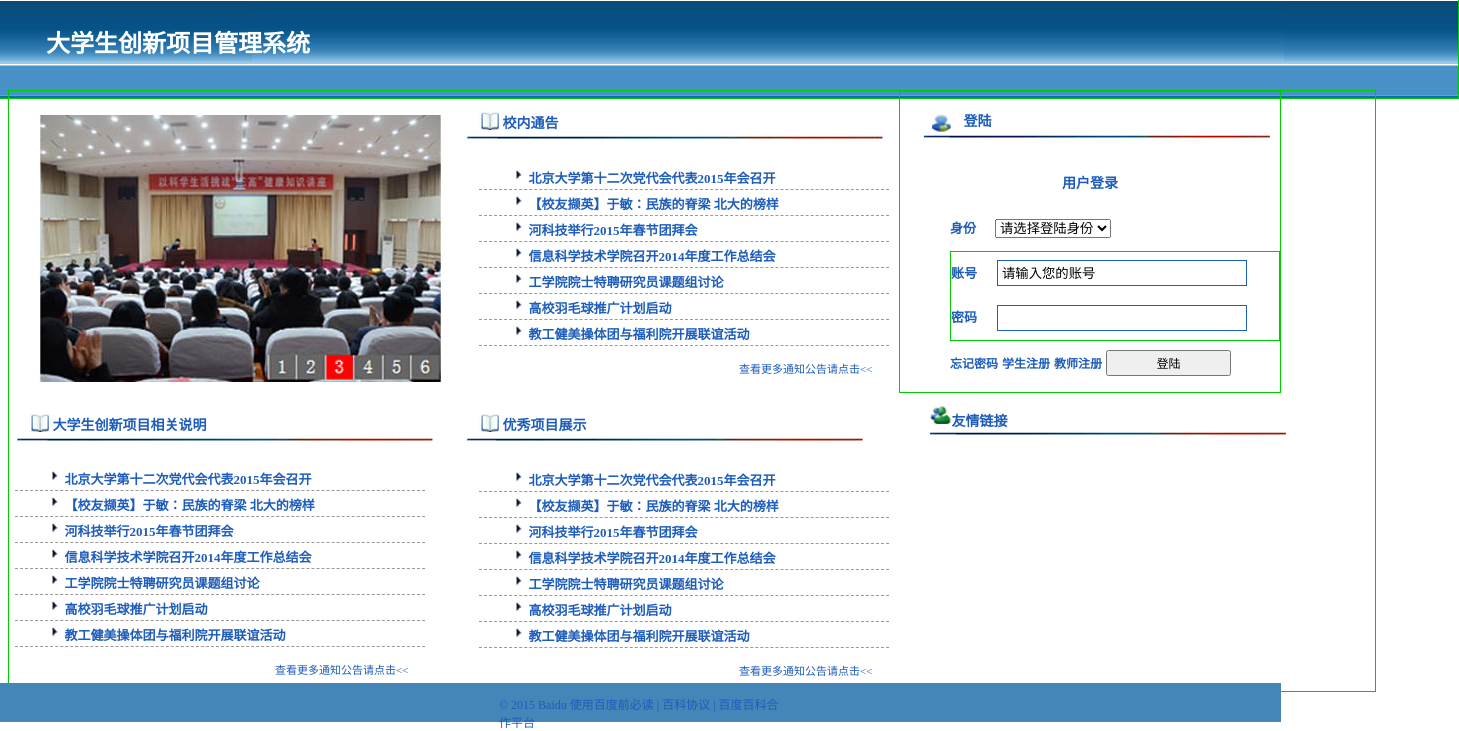
Repository: msmwlxy/ProjectManagement
Page: http://localhost/ProjectManagement/
These files come from the project's save history. The page is drawn as it stood at one moment and after the next save; the edit follows.
The browser window is 1280 px wide. The page is 1459 px wide, so the pictures cover 1459 px, including what lies to the right of the window. The pictures show the whole page.
The page is served by Tomcat 9. Nobody is signed in. The application's start-up code is not run.

Above is the page before, as saved 2015-02-28 07:22:56.

After the next save:
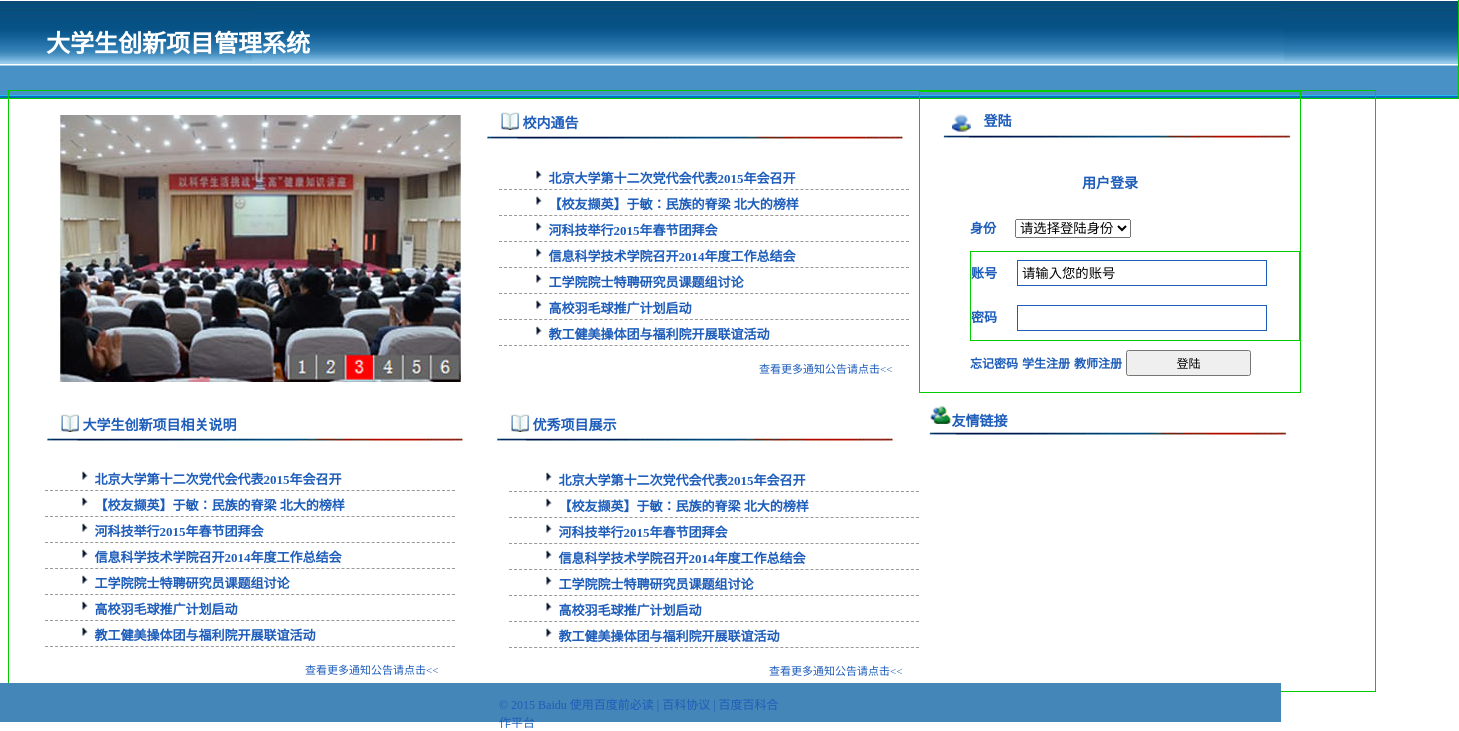
Saved 13 min 21 s later.
--- a/ProjectManagement/WebRoot/css/Home page11.css
+++ b/ProjectManagement/WebRoot/css/Home page11.css
@@ -26,6 +26,7 @@ main{
 .left1{
 	height:300px;
 	width:450px;
+	padding-left:20px;
 	float:left;
 	}
 .middle1{
@@ -130,6 +131,7 @@ main{
 	padding:20px 20px;
 	height:260px;
 	width:410px;
+	margin-left:30px;
 	float:left;
 	}
 .le2_da{
